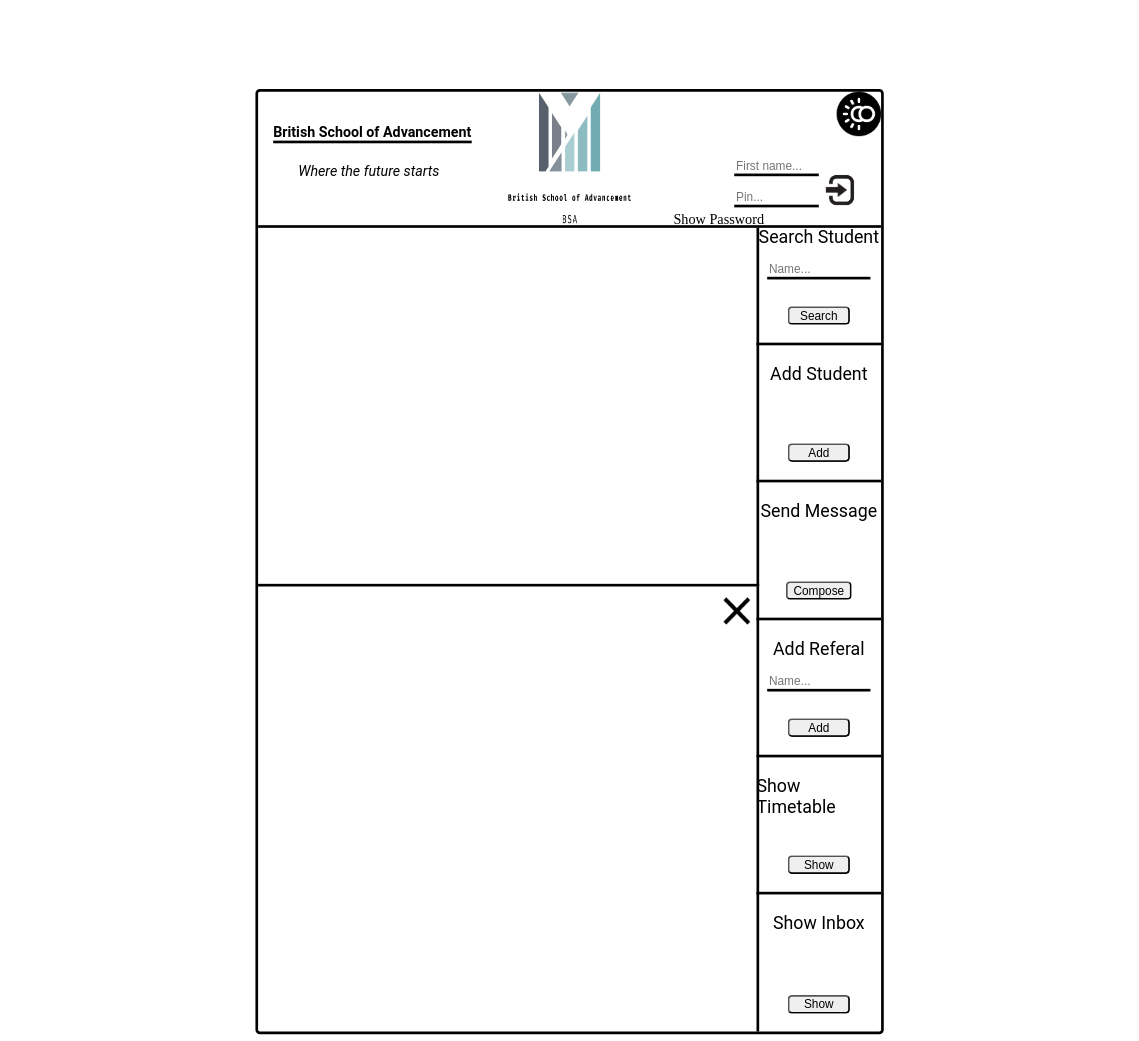
Repository: ghend99/Guardian-Application
Page: index.html
These files come from the project's save history. The page is drawn as it stood at one moment and after the next save; the edit follows.
The browser window is 1280 px wide. The pictures show the whole page, at 89% of full size.

Above is the page before, as saved 2023-06-06 09:11:54.

After the next save:
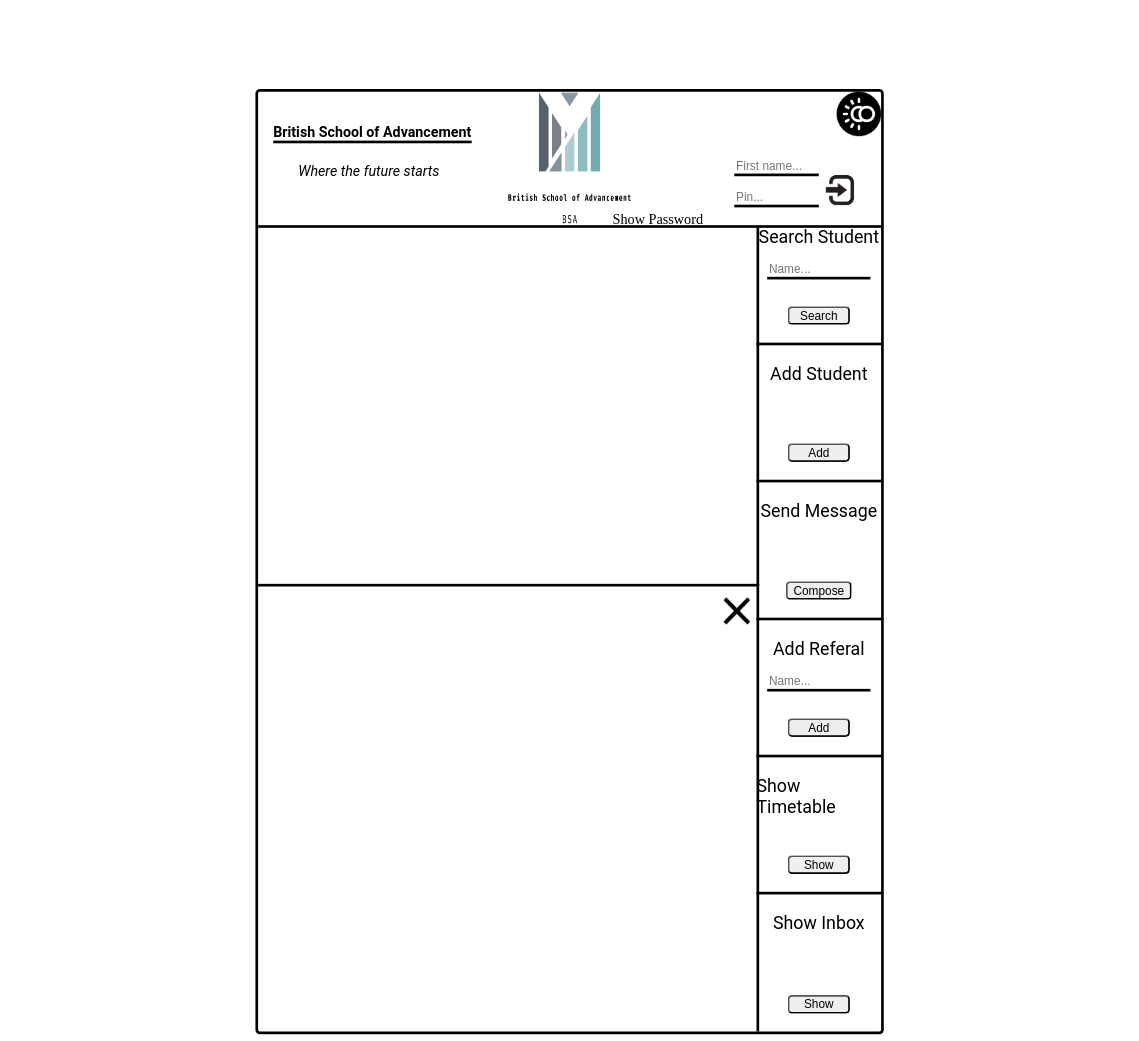
Saved 6 s later.
--- a/style.css
+++ b/style.css
@@ -100,7 +100,7 @@
 #show-password-header {
   position: absolute;
   top: 135px;
-  right: clamp(13%);
+  right: clamp(13%, 200px, 300px);
   margin: 0;
 }
 
